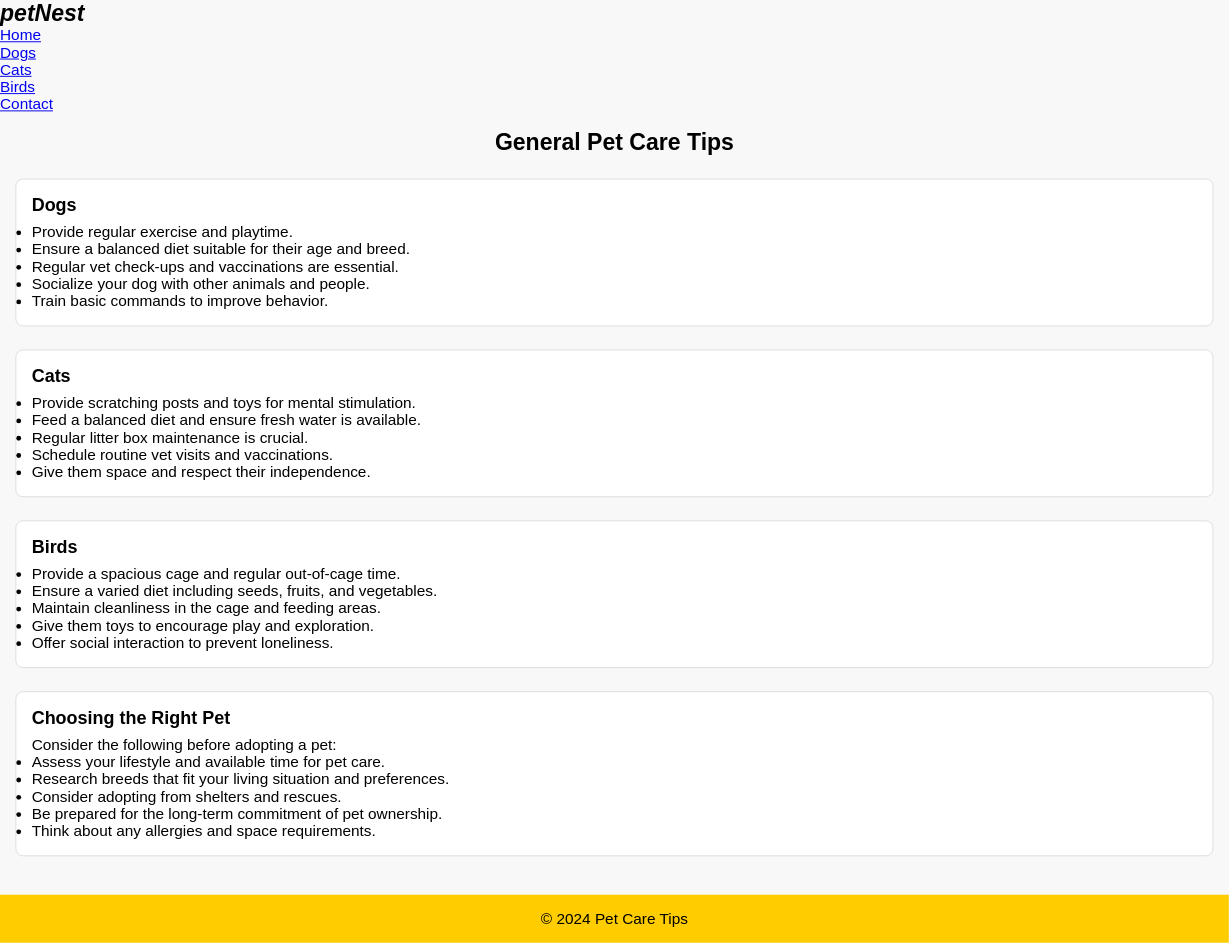
Repository: SHAHZADcodr/pet_care
Page: pages/tips.html
The author's editor kept a copy of each file at every save. The page is drawn from the files as they stood at one save, then again after the next save.
The browser window is 1280 px wide. The pictures show the whole page, at 96% of full size.

Above is the page before, as saved 2024-11-04 23:20:24.

### pages/tips.html
<!DOCTYPE html>
<html lang="en">
<head>
    <meta charset="UTF-8">
    <meta name="viewport" content="width=device-width, initial-scale=1.0">
    <title>Pet Care Tips</title>
    <link rel="stylesheet" href="tips.css"> <!-- Link to your CSS file -->
</head>
<body>
    <header>
        <nav>
            <h1 id="webName"><i><strong>petNest</strong></i></h1>
            <ul id="nav-links">
                <li><a href="../index.html">Home</a></li>
                <li><a href="dog.html">Dogs</a></li>
                <li><a href="cat.html">Cats</a></li>
                <li><a href="bird.html">Birds</a></li>
                <li><a href="contact.html" id="you">Contact</a></li>
            </ul>
        </nav>
    </header>
    <main class="tips">
        <h2>General Pet Care Tips</h2>
        <section>
            <h3>Dogs</h3>
            <ul>
                <li>Provide regular exercise and playtime.</li>
                <li>Ensure a balanced diet suitable for their age and breed.</li>
                <li>Regular vet check-ups and vaccinations are essential.</li>
                <li>Socialize your dog with other animals and people.</li>
                <li>Train basic commands to improve behavior.</li>
            </ul>
        </section>
        <section>
            <h3>Cats</h3>
            <ul>
                <li>Provide scratching posts and toys for mental stimulation.</li>
                <li>Feed a balanced diet and ensure fresh water is available.</li>
                <li>Regular litter box maintenance is crucial.</li>
                <li>Schedule routine vet visits and vaccinations.</li>
                <li>Give them space and respect their independence.</li>
            </ul>
        </section>
        <section>
            <h3>Birds</h3>
            <ul>
                <li>Provide a spacious cage and regular out-of-cage time.</li>
                <li>Ensure a varied diet including seeds, fruits, and vegetables.</li>
                <li>Maintain cleanliness in the cage and feeding areas.</li>
                <li>Give them toys to encourage play and exploration.</li>
                <li>Offer social interaction to prevent loneliness.</li>
            </ul>
        </section>
        <section>
            <h3>Choosing the Right Pet</h3>
            <p>Consider the following before adopting a pet:</p>
            <ul>
                <li>Assess your lifestyle and available time for pet care.</li>
                <li>Research breeds that fit your living situation and preferences.</li>
                <li>Consider adopting from shelters and rescues.</li>
                <li>Be prepared for the long-term commitment of pet ownership.</li>
                <li>Think about any allergies and space requirements.</li>
            </ul>
        </section>
    </main>
    <footer>
        <p>&copy; 2024 Pet Care Tips</p>
    </footer>
</body>
</html>

### pages/tips.css
/* General Reset */
* {
    margin: 0;
    padding: 0;
    box-sizing: border-box;
}

/* Basic Layout */
body {
    font-family: Arial, sans-serif;
    display: flex;
    flex-direction: column;
    min-height: 100vh; /* Ensures body takes full height of the viewport */
    background-color: #f8f8f8;
}


main.tips {
    flex-grow: 1; /* Allows the main content to grow and push footer down */
    padding: 1rem;
}

h2 {
    text-align: center;
    margin-bottom: 1rem;
}

section {
    margin: 1.5rem 0;
    padding: 1rem;
    background-color: #fff;
    border: 1px solid #ddd;
    border-radius: 8px;
}

h3 {
    margin-bottom: 0.5rem;
}

footer {
    background-color: #ffcc00;
    text-align: center;
    padding: 1rem;
    margin-top: auto; /* Push footer to the bottom */
}

/* Responsive Design */
@media (max-width: 600px) {
    nav ul {
        display: flex;
        flex-direction: column;
        align-items: center;
    }

    nav ul li {
        margin: 0.5rem 0;
    }

    section {
        padding: 0.5rem;
    }
}

After the next save:
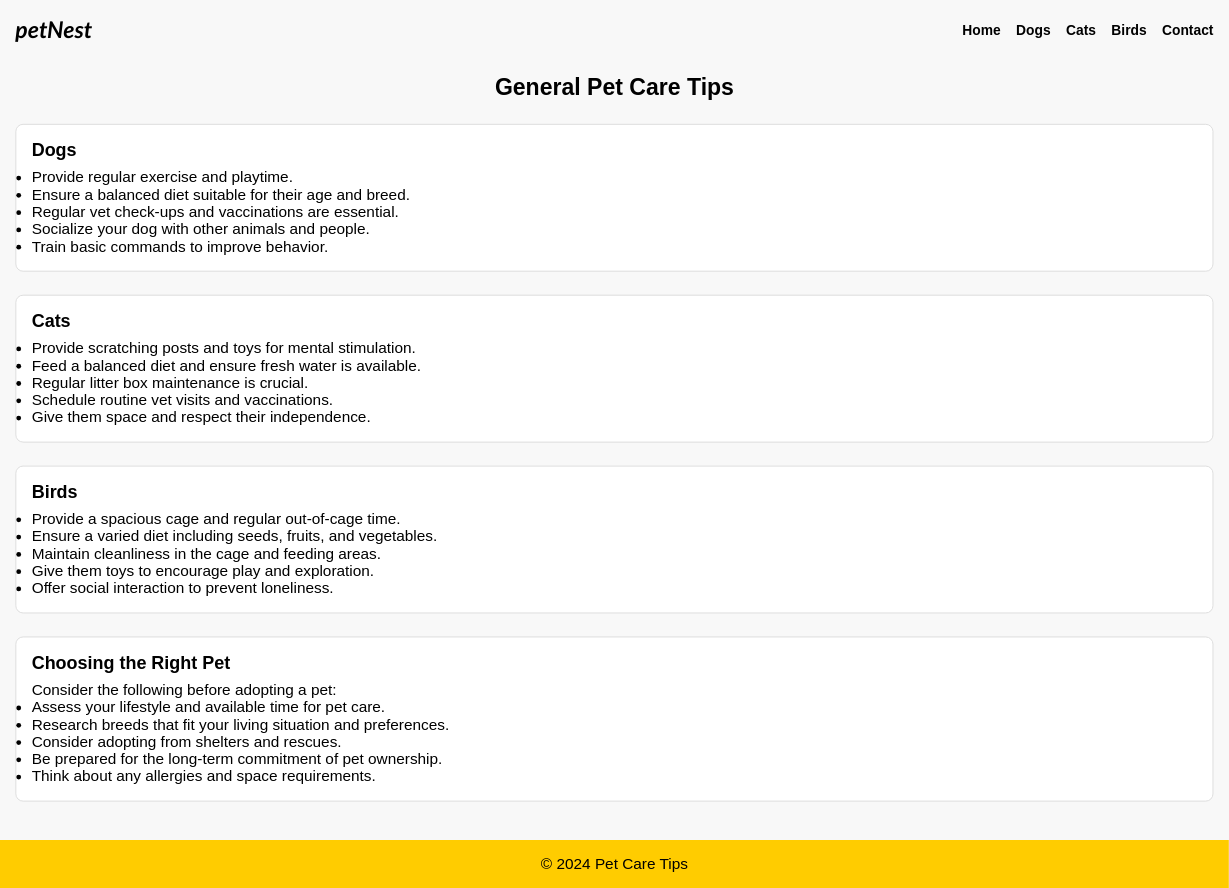
Saved 27 s later.
--- a/pages/tips.css
+++ b/pages/tips.css
@@ -14,6 +14,46 @@ body {
     background-color: #f8f8f8;
 }
 
+
+header {
+    background-color:var(--bg-background-color);
+    padding: 1rem;
+    color: black;;
+}
+
+nav {
+    display: flex;
+    justify-content: space-between;
+    align-items: center;
+}
+
+#nav-links {
+    list-style-type: none;
+    display: flex;
+    gap: 1rem;
+}
+
+#nav-links a {
+    color:black;
+    text-decoration: none;
+    font-size:0.9rem;
+    font-weight: 600;
+    transition:color 0.2s;
+}
+#nav-links a:hover{
+    color:white!important;
+}
+
+ #nav-links  #you{
+    cursor:url(/images/cursor.svg)3 3,auto !important;
+}
+/*Website name*/
+#webName{
+    font-family: 'Gill Sans', 'Gill Sans MT', Calibri, 'Trebuchet MS', sans-serif;
+}
+#webName:hover{
+    color:aliceblue;
+}
 
 main.tips {
     flex-grow: 1; /* Allows the main content to grow and push footer down */
